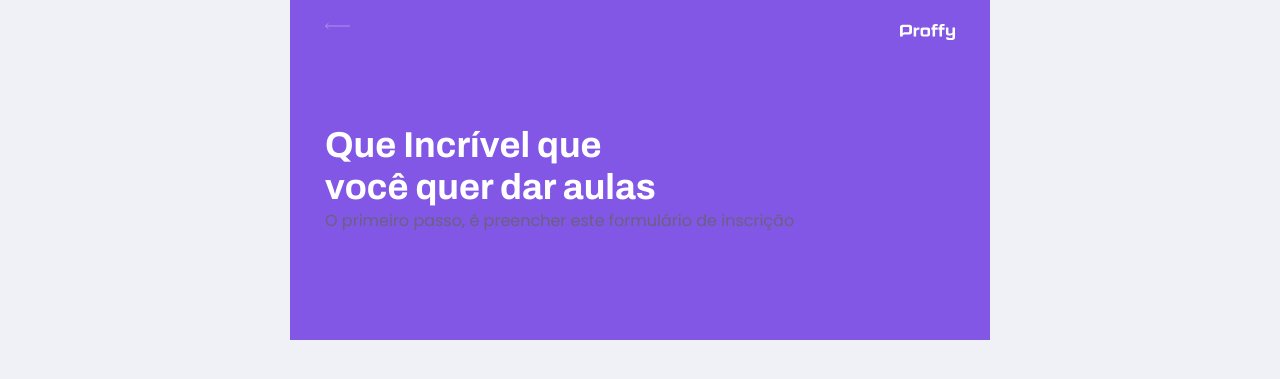
Repository: LukeVersus/NLW
Page: give-classes.html
These files come from the project's save history. The page is drawn as it stood at one moment and after the next save; the edit follows.
The browser window is 1280 px wide. The pictures show the whole page.

Above is the page before, as saved 2020-08-05 21:12:39.

After the next save:
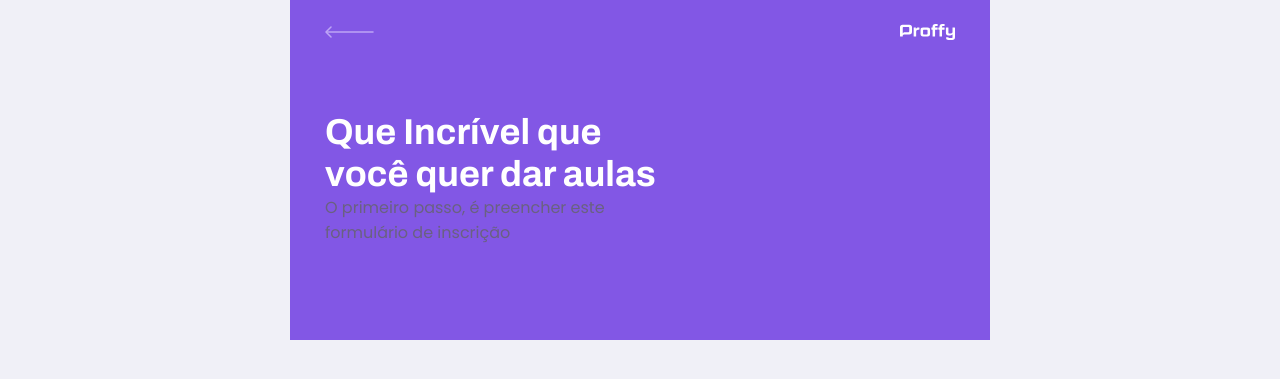
Saved 3 min 26 s later.
--- a/styles/partials/header.css
+++ b/styles/partials/header.css
@@ -23,7 +23,7 @@
     opacity: 0.6;
 }
 
-.page-header .top-bar-container img{
+.page-header .top-bar-container > img{
     height: 1.6rem;
 }
 
@@ -37,6 +37,12 @@
     font: 700 3.6rem Archivo;
     line-height: 4.2rem;
     color: var(--color-title-in-primary);
+}
+
+.page-header .header-content p{
+    max-width: 30rem;
+    font-size: 1.6rem;
+
 }
 
 
